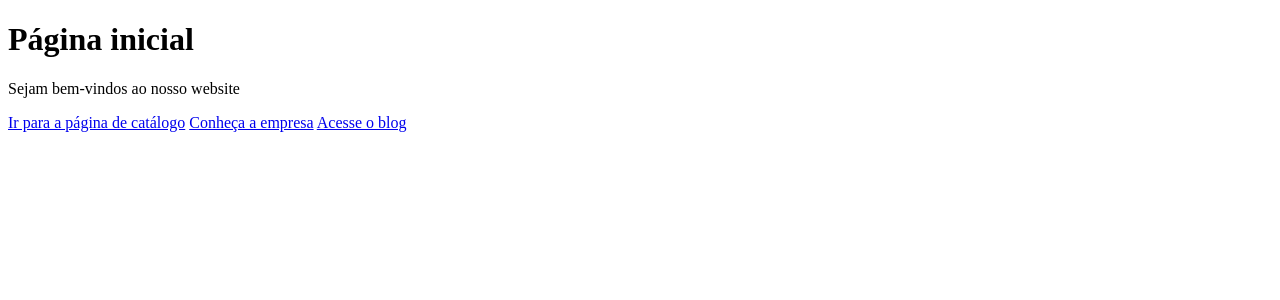
Repository: Mcecy/desafio-mergeconflict
Page: index.html
The author's editor kept a copy of each file at every save. The page is drawn from the files as they stood at one save, then again after a run of saves.
The browser window is 1280 px wide. The pictures show the whole page.

Above is the page before, as saved 2022-12-03 21:18:07.

### index.html
<!DOCTYPE html>
<html lang="en">
<head>
<meta charset="UTF-8">
<meta http-equiv="X-UA-Compatible" content="IE=edge">
<meta name="viewport" content="width=device-width, initial-scale=1.0">
<title>Document</title>
</head>
<body>
<h1>Página inicial</h1>
<p>Sejam bem-vindos ao nosso website</p>
<a href="catalogo.html">Ir para a página de catálogo</a>
<a href="sobre.html">Conheça a empresa</a>
<a href="blog.html">Acesse o blog</a>
</body>
</html>

After the next 3 saves:
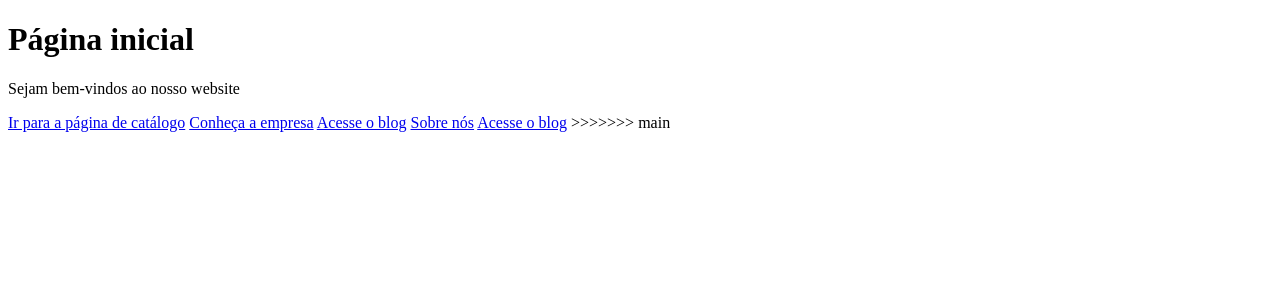
The 3 saves are shown as one change because they came seconds apart.
The last was saved 11 min 4 s later.
--- a/index.html
+++ b/index.html
@@ -12,5 +12,9 @@
 <a href="catalogo.html">Ir para a página de catálogo</a>
 <a href="sobre.html">Conheça a empresa</a>
 <a href="blog.html">Acesse o blog</a>
+
+<a href="sobre.html">Sobre nós</a>
+<a href="blog.html">Acesse o blog</a>
+>>>>>>> main
 </body>
 </html>

After the save that followed:
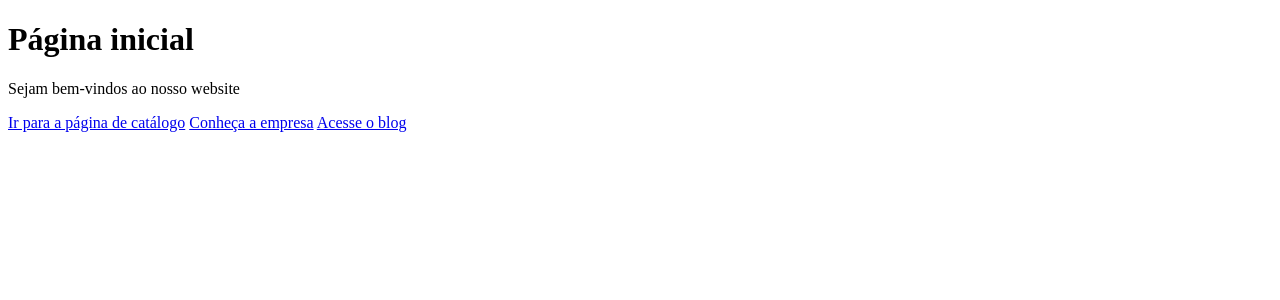
Saved 11 s later.
--- a/index.html
+++ b/index.html
@@ -12,9 +12,5 @@
 <a href="catalogo.html">Ir para a página de catálogo</a>
 <a href="sobre.html">Conheça a empresa</a>
 <a href="blog.html">Acesse o blog</a>
-
-<a href="sobre.html">Sobre nós</a>
-<a href="blog.html">Acesse o blog</a>
->>>>>>> main
 </body>
 </html>
